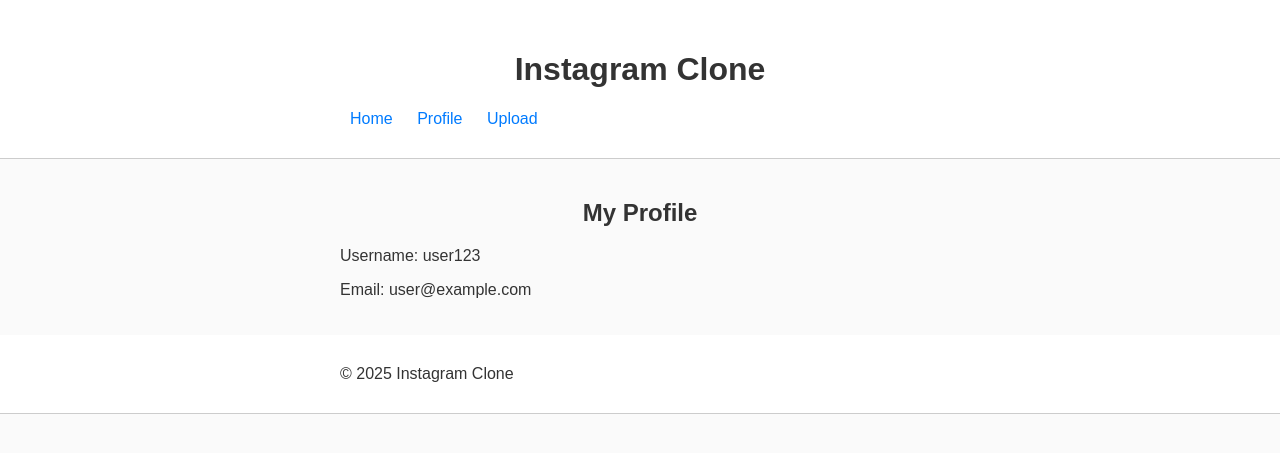
Repository: burhannaseer/CloudClips
Page: profile.html
The author's editor kept a copy of each file at every save. The page is drawn from the files as they stood at one save, then again after the next save.
The browser window is 1280 px wide. The pictures show the whole page.

Above is the page before, as saved 2025-05-06 02:34:06.

After the next save:
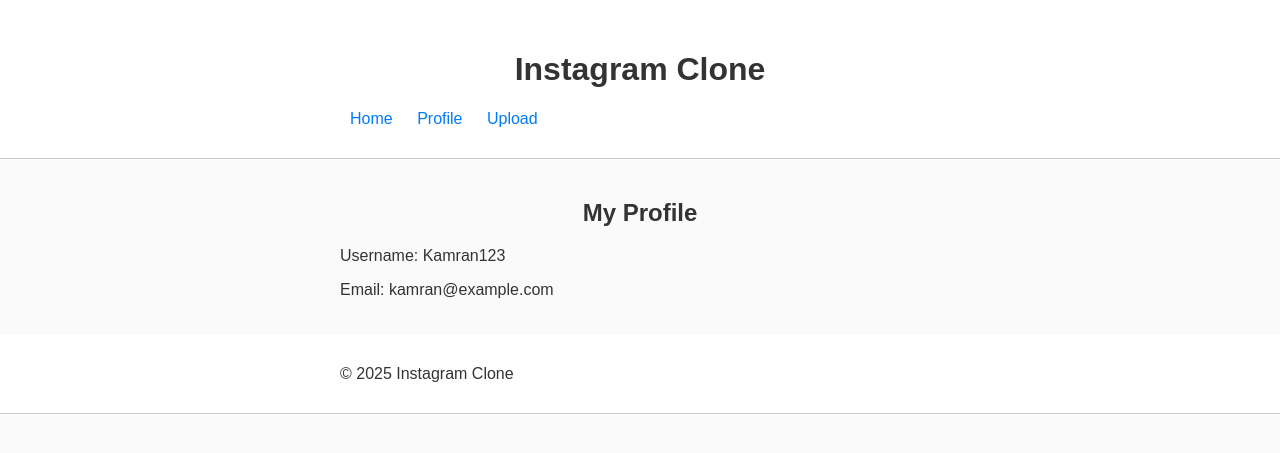
Saved 23 s later.
--- a/profile.html
+++ b/profile.html
@@ -20,8 +20,8 @@
 
   <main class="container">
     <h2>My Profile</h2>
-    <p>Username: user123</p>
-    <p>Email: user@example.com</p>
+    <p>Username: Kamran123</p>
+    <p>Email: kamran@example.com</p>
     <div id="myPosts" class="feed"></div>
   </main>
 
